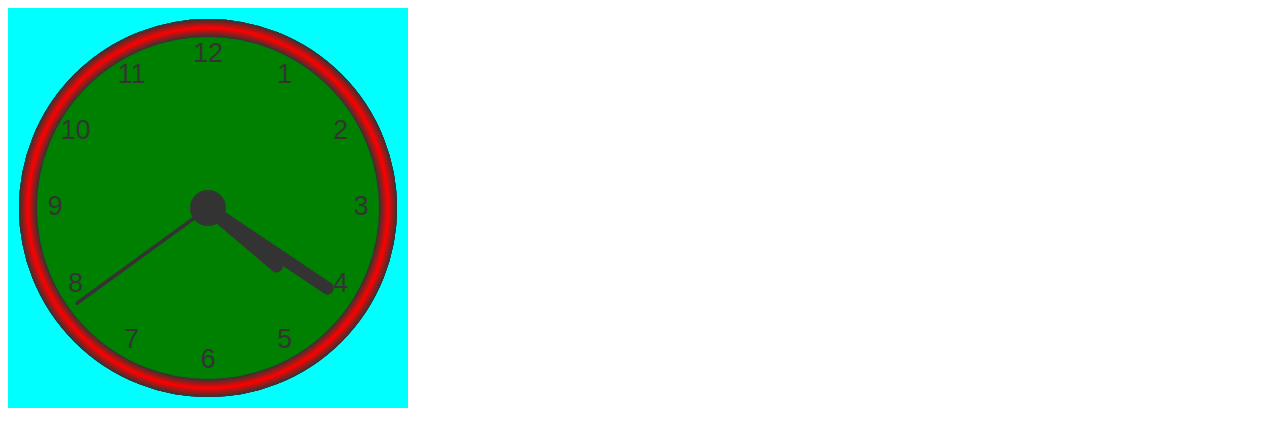
Repository: ManojAndroid/WellcomeToAndroidApp
Page: AddressBook_App/Canvas_Project/WebContent/Clock.html
The author's editor kept a copy of each file at every save. The page is drawn from the files as they stood at one save, then again after the next save.
The browser window is 1280 px wide. The pictures show the whole page.

Above is the page before, as saved 2017-04-20 13:09:05.

After the next save:
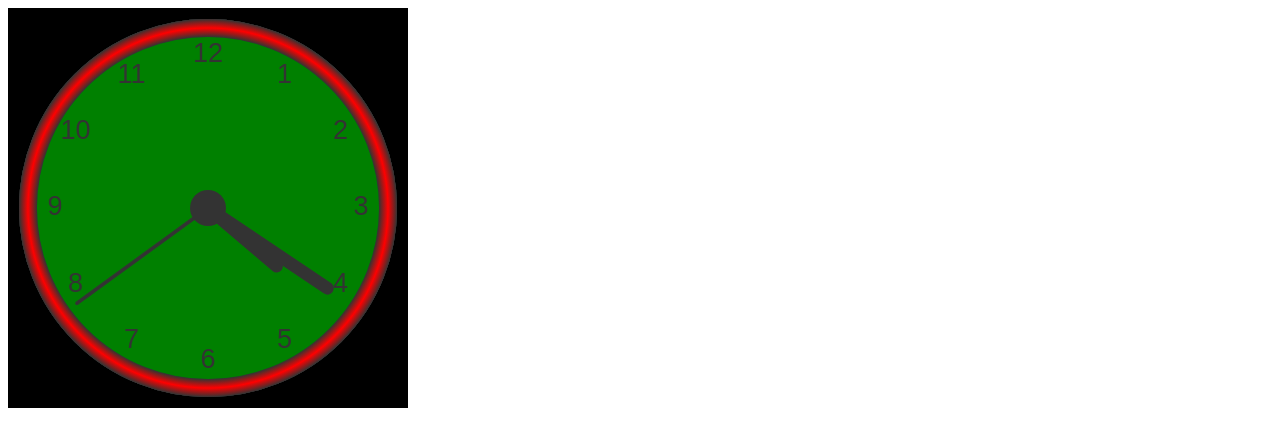
Saved 50 s later.
--- a/AddressBook_App/Canvas_Project/WebContent/Clock.html
+++ b/AddressBook_App/Canvas_Project/WebContent/Clock.html
@@ -3,7 +3,7 @@
 <body>
 
 <canvas id="canvas" width="400" height="400"
-style="background-color:cyan">
+style="background-color:black">
 </canvas>
 
 <script>
